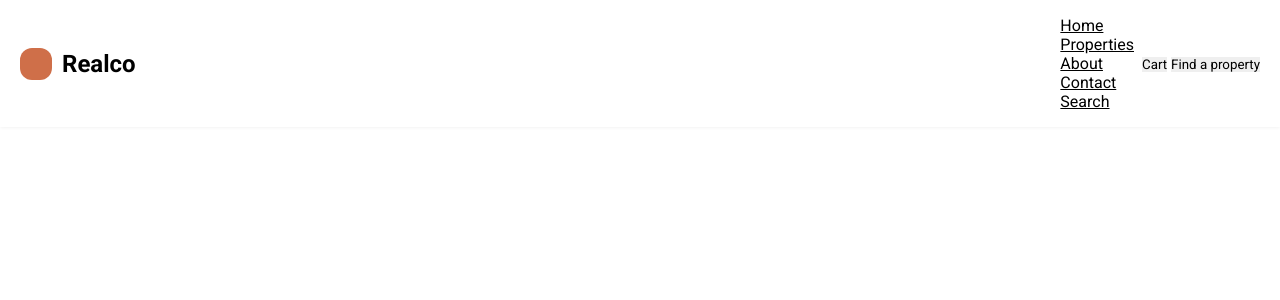
Repository: bek77g/realco
Page: index.html
These files come from the project's save history. The page is drawn as it stood at one moment and after the next save; the edit follows.
The browser window is 1280 px wide. The pictures show the whole page.
The style sheet was rebuilt from its Sass, Less or Tailwind sources for each picture, by a compiler version that may differ from the author's.

Above is the page before, as saved 2023-04-13 20:55:33.

### index.html
<!DOCTYPE html>
<html lang="en">
  <head>
    <meta charset="UTF-8" />
    <meta http-equiv="X-UA-Compatible" content="IE=edge" />
    <meta name="viewport" content="width=device-width, initial-scale=1.0" />
    <title>Realco</title>
    <link rel="preconnect" href="https://fonts.googleapis.com" />
    <link rel="preconnect" href="https://fonts.gstatic.com" crossorigin />
    <link
      href="https://fonts.googleapis.com/css2?family=Roboto:ital,wght@0,400;0,700;0,900;1,400;1,700;1,900&display=swap"
      rel="stylesheet"
    />
    <link
      href="https://fonts.googleapis.com/icon?family=Material+Icons"
      rel="stylesheet"
    />
    <link rel="stylesheet" href="./src/styles/style.css" />
  </head>
  <body>
    <header class="header">
      <div class="container">
        <div class="header__row">
          <div class="logo header__logo">
            <div class="logo__box"></div>
            <h2 class="logo__name">Realco</h2>
          </div>
          <nav class="header__nav">
            <ul class="header__menu">
              <li class="header__menu-item"><a href="#">Home</a></li>
              <li class="header__menu-item"><a href="#">Properties</a></li>
              <li class="header__menu-item"><a href="#">About</a></li>
              <li class="header__menu-item"><a href="#">Contact</a></li>
              <li class="header__menu-item"><a href="#">Search</a></li>
            </ul>
            <div class="header__buttons">
              <button class="header__buttons-btn">Cart</button>
              <button class="header__buttons-btn">Find a property</button>
            </div>
          </nav>
        </div>
      </div>
    </header>
    <main></main>
    <footer></footer>
  </body>
</html>

### src/styles/style.scss
@import './reset';

.container {
  max-width: 1320px;
  padding: 0 20px;
  margin: 0 auto;
}

@import './global';
@import './header';

### src/styles/_reset.scss
* {
  margin: 0;
  padding: 0;
  box-sizing: border-box;
}
ul,
ol {
  list-style: none;
}
img {
  width: 100%;
}
a {
  color: inherit;
}
button {
  border: none;
  cursor: pointer;
}

### src/styles/_global.scss
* {
  font-family: 'Roboto', sans-serif;
}

.logo {
  display: flex;
  align-items: center;
  gap: 10px;
  &__box {
    width: 32px;
    height: 32px;
    background: #cf6f49;
    border-radius: 12px;
  }
  &__name {
    font-weight: bold;
  }
}

### src/styles/_header.scss
.header {
  background: #ffffff;
  box-shadow: 0px 0px 4px rgba(0, 0, 0, 0.08);
  padding: 16px 0;
  &__row {
    display: flex;
    justify-content: space-between;
    align-items: center;
  }
  &__nav {
    display: flex;
    align-items: center;
    gap: 8px;
  }
}

After the next save:
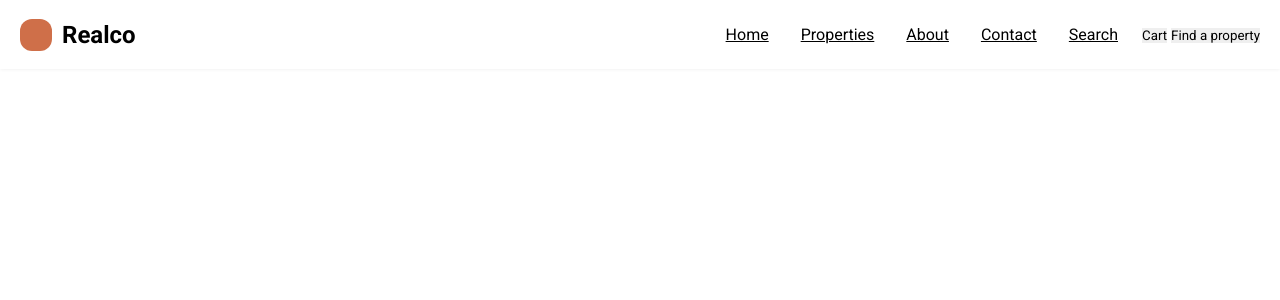
Saved 61 s later.
--- a/src/styles/_header.scss
+++ b/src/styles/_header.scss
@@ -12,4 +12,9 @@
     align-items: center;
     gap: 8px;
   }
+  &__menu {
+    padding: 9px 16px;
+    display: flex;
+    gap: 32px;
+  }
 }
